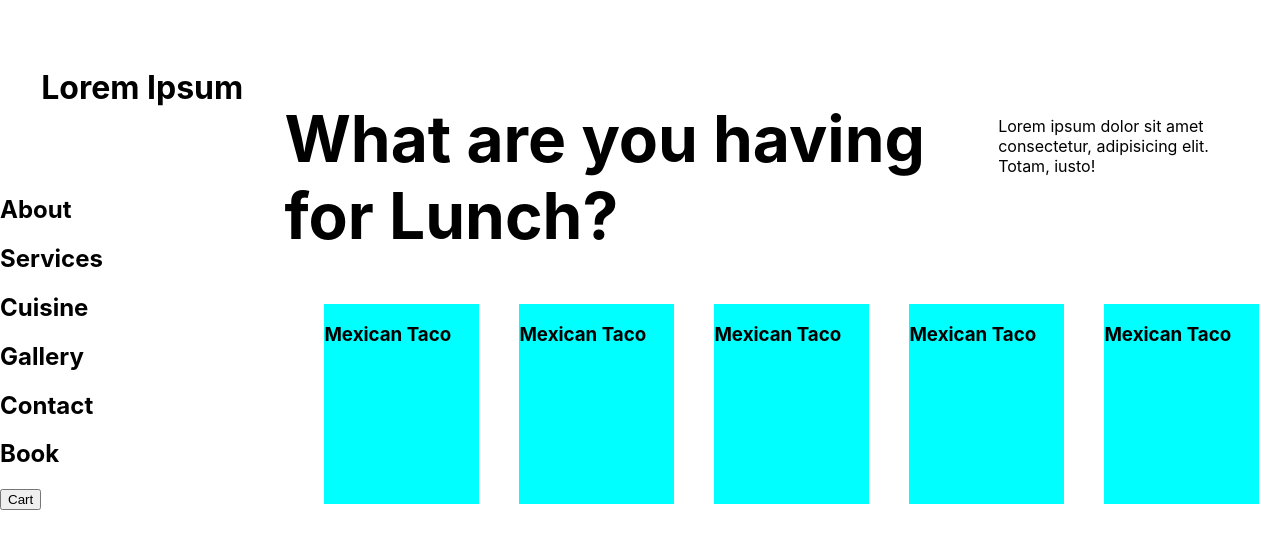
Repository: Marlstergo/assignment2
Page: /
The author's editor kept a copy of each file at every save. The page is drawn from the files as they stood at one save, then again after the next save.
The browser window is 1280 px wide. The pictures show the whole page.
The project was rebuilt for these pictures with package versions that can differ from the ones it lists, and the page was loaded fresh each time.

Above is the page before, as saved 2021-07-27 02:17:45.

### src/App.js
import logo from "./logo.svg";
import "./App.css";

function App() {
  return (
    <div className="container">
      <div className="full">
        <div className="sidebar">
          <div className="logo">
            <h1>Lorem Ipsum</h1>
          </div>
          <div className="">
            <div className="">
              <h2 className="">About</h2>
            </div>
            <div className="">
              <h2 className="">Services</h2>
            </div>
            <div className="">
              <h2 className="">Cuisine</h2>
            </div>
            <div className="">
              <h2 className="">Gallery</h2>
            </div>
            <div className="">
              <h2 className="">Contact</h2>
            </div>
            <div className="">
              <h2 className="">Book</h2>
            </div>
            <div className="">
              <button className="">Cart</button>
            </div>
          </div>
        </div>
        <div className="main-view">
          <div className="hero">
            <div className="title">
              <h1 className="">What are you having for Lunch?</h1>
            </div>
            <div className="paragraph">
              <p className="">
                Lorem ipsum dolor sit amet consectetur, adipisicing elit. Totam,
                iusto!
              </p>
            </div>
          </div>
          <div className="row">
            <div className="cell">
              <div className="">{/* image */}</div>
              <div className="">
                <h3 className="">Mexican Taco</h3>
              </div>
            </div>
            <div className="cell">
              <div className="">{/* image */}</div>
              <div className="">
                <h3 className="">Mexican Taco</h3>
              </div>
            </div>
            <div className="cell">
              <div className="">{/* image */}</div>
              <div className="">
                <h3 className="">Mexican Taco</h3>
              </div>
            </div>
            <div className="cell">
              <div className="">{/* image */}</div>
              <div className="">
                <h3 className="">Mexican Taco</h3>
              </div>
            </div>
            <div className="cell">
              <div className="">{/* image */}</div>
              <div className="">
                <h3 className="">Mexican Taco</h3>
              </div>
            </div>
          </div>
        </div>
      </div>
    </div>
  );
}

export default App;

### src/App.css
.container {
  height: 100vh;
  width: 100%;
  /* padding-left: 1.5rem;
  padding-right: 1.5rem; */
}

@media screen and (min-width: 640px) {
  .container {
    max-width: 640px;
    margin: 0 auto;
  }
}

@media screen and (min-width: 768px) {
  .container {
    max-width: 768px;
  }
}

@media screen and (min-width: 1024px) {
  .container {
    max-width: 1024px;
    /* padding-left: 4rem;
    padding-right: 4rem; */
  }
}

@media screen and (min-width: 1280px) {
  .container {
    max-width: 1280px;
    /* padding-left: 5rem;
    padding-right: 5rem; */
  }
}

@media screen and (min-width: 1536px) {
  .container {
    max-width: 1536px;
  }
}

.full {
  display: grid;
  grid-template-columns: repeat(9, minmax(0, 1fr));
  height: 100%;
}

.sidebar {
  grid-column: span 2 / span 2;
  /* margin: auto 0; */
}
.logo{
  height: 175px;
  display: flex;
  align-items: center;
  justify-content: center;
}

.logo h1{
  padding: auto auto;
}

.main-view{
  grid-column: span 7 / span 7;
}

.row{
  display: flex;
  /* overflow-x: scroll; */

}

.hero{
  margin: 50px 0px;
  margin-top: 100px;
  display: grid;
  grid-template-columns: repeat(9, minmax(0, 1fr));

}
.paragraph{
  grid-column: span 3 / span 3;
  padding: 0 50px;
}

.title{
  grid-column: span 6 / span 6;
  font-size: 2rem;

}

h1{
  margin: 0;
}

.cell{
  margin-left: 40px;
  background-color: aqua;
  height: 200px;
  width: 155px;
}

Loaded but not shown: public/index.html (common file); src/index.js (common file); src/index.css (common file); src/reportWebVitals.js (common file)

After the next save:
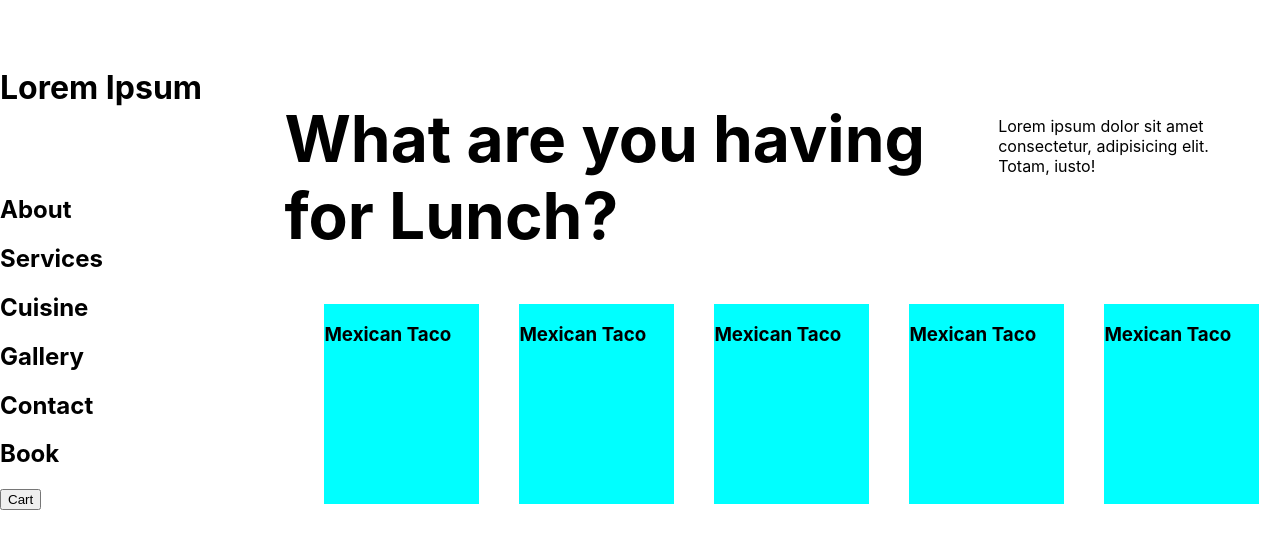
Saved 21 s later.
--- a/src/App.css
+++ b/src/App.css
@@ -54,7 +54,8 @@
   height: 175px;
   display: flex;
   align-items: center;
-  justify-content: center;
+  /* justify-content: center; */
+
 }
 
 .logo h1{
